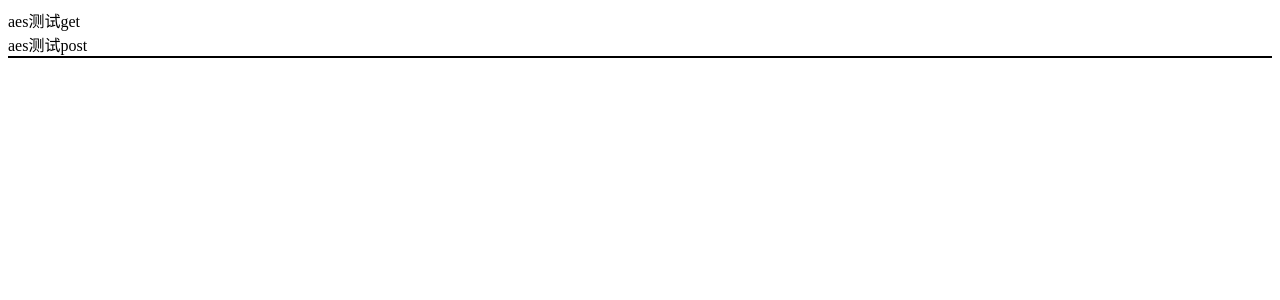
Repository: gaomin-github/my-pj6
Page: /elevatorDemo
These files come from the project's save history. The page is drawn as it stood at one moment and after the next save; the edit follows.
The browser window is 1280 px wide. The pictures show the whole page.
The project was rebuilt for these pictures with package versions that can differ from the ones it lists, and the page was loaded fresh each time. Also part of the build but not shown: src/directory.vue.

Above is the page before, as saved 2019-12-05 16:54:32.

After the next save:
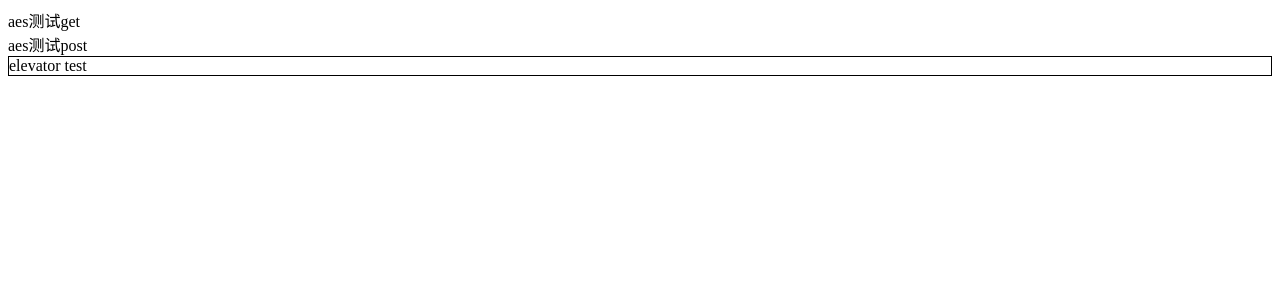
Saved 46 s later.
--- a/src/elevator/elevator.vue
+++ b/src/elevator/elevator.vue
@@ -1,5 +1,6 @@
 <template>
     <section class="elevator-container">
+        elevator test
         <!-- <section v-for="(floor,floorIndex) in floors" :key="floorIndex" class="floor">
             <section class="floor-label">{{floor.index}}</section>
             <section
